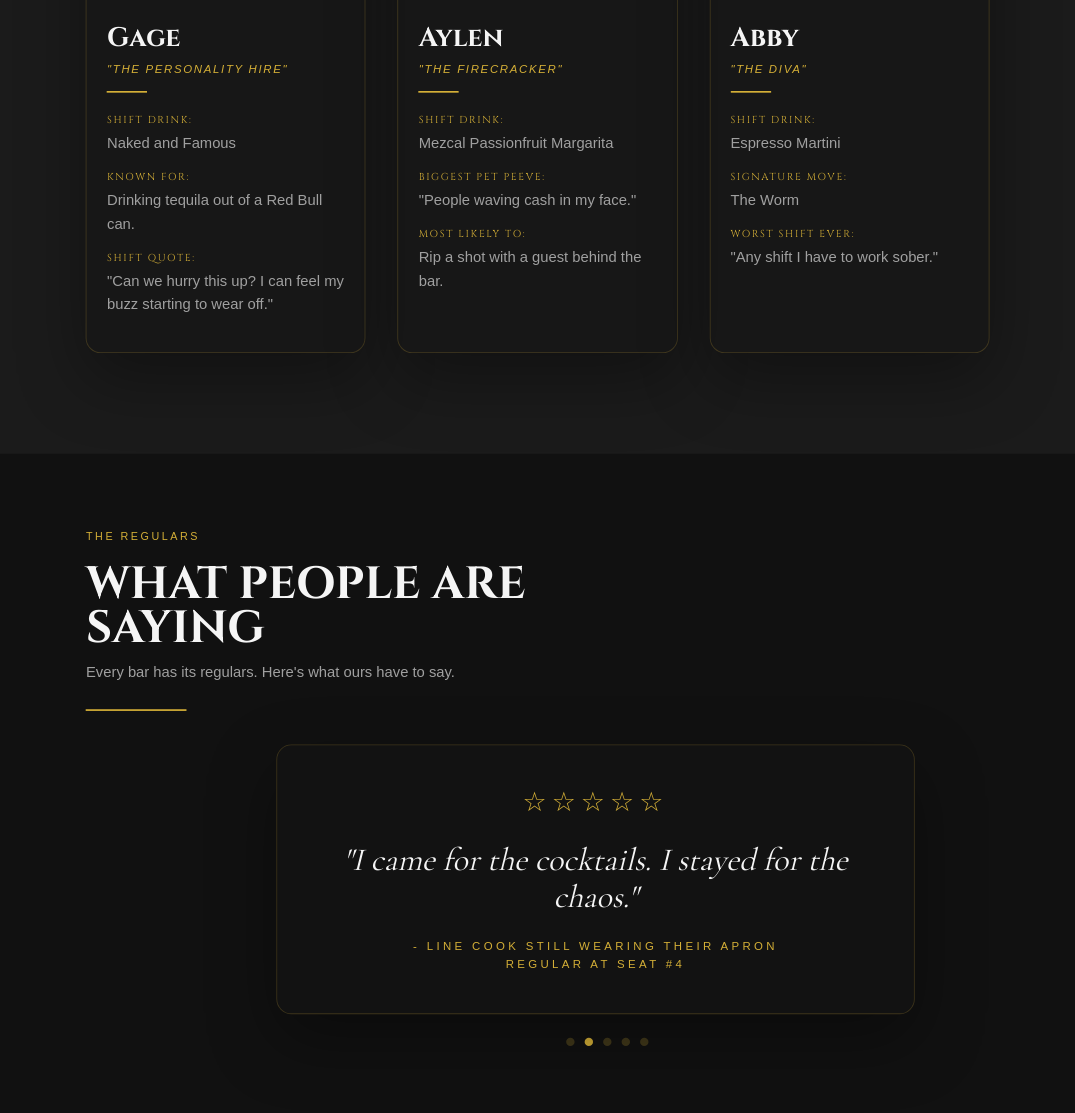
Repository: Gage-Codes/BarRot
Page: css/index.html
These files come from the project's save history. The page is drawn as it stood at one moment and after the next save; the edit follows.
The browser window is 1280 px wide. The pictures show the part of the page from y = 4042 to 5367 px (the page is 6341 px tall before and 6377 px after), at 84% of full size.
Pictures or frames that could not be fetched are drawn as grey boxes.

Above is the page before, as saved 2026-07-05 23:39:13.

### css/index.html
<!DOCTYPE html>
<html lang="en">

<head>
    <meta charset="UTF-8">
    <meta name="viewport" content="width=device-width, initial-scale=1.0">
    <title>Bar Rot: Your Neighborhood Podcast</title>
    <link href="https://fonts.googleapis.com/css2?family=Cormorant+Garamond:wght@400;700&family=Roboto:wght@400;700&display=swap" rel="stylesheet">
    <link href="https://fonts.googleapis.com/css2?family=Cinzel:wght@400;500;600;700&family=Cormorant+Garamond:wght@400;700&family=Roboto:wght@400;700&display=swap" rel="stylesheet">
    <link rel="stylesheet" href="style.css">
</head>

<!-- The Navigation Bar/Logo -->

<body>
<header>
    <nav class="navbar">
        <a href="#" class="logo">BAR ROT</a>
        <ul class="nav-links">
            <li><a href="#about">About</a></li>
            <li><a href="#episodes">Episodes</a></li>
            <li><a href="#recipes">Recipes</a></li>
            <li><a href="#hosts">Hosts</a></li>
            <li><a href="#reviews">Reviews</a></li>
            <li><a href="#contact">Contact</a></li>
        </ul>
    </nav>
</header>

<!-- Title/Hero Section -->

<main>
    <section id="hero">
        <div class="hero-content">

            <p class="eyebrow">A late-night podcast</p>
            <h1>Where bad decisions make good stories.</h1>
            <p class="hero-text">
                Bar Rot is a podcast about the chaos of working in nightlife and the friendships
                we've made along the way. These are the stories we tell after last call.
            </p>
            <div class="hero-buttons">
                <a href="#episodes" class="btn primary-btn">Listen Now</a>
                <a href="#about" class="btn secondary-btn">Learn More</a>
            </div>
        </div>
    </section>

<!-- The About Section -->

    <section id="about">
        <div class="section-label">About the Podcast</div>
        <div class="about-grid">
            <div>
                <h2>Come find a spot at the bar. We have some shit to talk about.</h2>
            </div>
            <div>
                <p>
                    Welcome to Bar Rot! The late-night podcast where we discuss nightlife,
                    bad decisions, friendship, dating, work, the chaos of the industry, and how Terry keeps
                    calling out and still has a job.
                </p>
                <p>
                    Join us for our post-shift therapy session, some trash talk, and a few good laughs.
                    Bar Rot is for anyone who regrets saying “one more shot”...
                    and for those of us who pour them.
                </p>
            </div>
        </div>
    </section>

<!--Episodes (Recent Episode) Section -->

    <section id="episodes">
        <div class="section-label">Latest Episodes</div>
        <div class="episodes-header">
            <h2>Real stories with real friends.</h2>
            <p>Three bartenders. One bottle. No filter.</p>
        </div>
        <article class="episode-card">
            <div class="episode-cover-area">
                <div class="record">
                    <div class="record-label">
                        <span>BAR</span>
                        <span>ROT</span>
                    </div>
                </div>
                <div class="album-cover">
                    <img src="images/episode-one.jpg" alt="The Bar Rot hosts sitting togeather after work unwinding with a few dinks">
                </div>
            </div>
            <div class="episode-info">
                <p class="episode-number">Episode 01</p>
                <h3>Better To Leave It Where We Found It</h3>
                <p class="episode-description">
                    The stories we tell at the end of the night are the ones we probably shouldn't.
                    Welcome to the first round of Bar Rot.
                </p>
                <div class="episode-meta">
                    <span>46 minutes</span>
                    <span>June 2026</span>
                </div>
                <div class="cocktail-box">
                    <p>This Episodes Shift Drink:</p>
                    <h4>Neat or Chilled</h4>
                </div>
                <div class="episode-buttons">
                    <a href="#" class="btn primary-btn">Listen Now</a>
                    <a href="#recipes" class="btn secondary-btn">View Recipe</a>
                </div>
            </div>
        </article>
    </section>

<!--Shift Drinks/Recipes Section -->

    <section id="recipes">
        <div class="section-label">Shifties</div>
            <div class="recipes-layout">
                <div class="recipe-intro">
                    <h2>Every episode begins with a cocktail and ends with a story.</h2>
                    <p>
                        Choose an episode, make the drink, and unwind with us.
                        It's been one hell of a day, and we all deserve a drink.
                    </p>
                    <label for="cocktail-select">What's your poison?</label>
                    <select id="cocktail-select">
                        <option value="episode-one">Episode 01: Neat or Chilled</option>
                        <option value="episode-two">Episode 02: Schedule Not Yet Posted</option>
                        <option value="episode-three">Episode 03: Schedule Not Yet Posted</option>
                    </select>
                </div>
                <div class="recipe-content">
                    <p class="episode-number" id="recipe-episode">Episode 01</p>
                    <h3 id="recipe-title">Neat or Chilled</h3>
                    <div class="recipe-divider">
                    </div>
                    <div class="recipe-block">
                        <h4>Recipe</h4>
                        <ul id="recipe-ingredients">
                            <li>2 oz. Whiskey, Tequila, Vodka, or Rum</li>
                            <li>Ice, optional</li>
                            <li>A long day</li>
                        </ul>
                    </div>
                    <div class="recipe-block">
                        <h4>Method</h4>
                        <ol id="recipe-method">
                            <li>Choose your liquor.</li>
                            <li>Either pour it straight into a glass, or shake it with ice and strain into a fresh glass.</li>
                            <li>Go ahead and slam it.</li>
                            <li>Congrats! You just had your first of many shift drinks.</li>
                        </ol>
                    </div>
                    <div class="recipe-block host-note">
                        <h4>Behind the Bar</h4>
                        <p id="recipe-note">“This drink is a simple one, but it is the one we all reach for at the end of a long night.
                            It is for when everyone says they're only staying for one... and then suddenly it's 3 a.m.”
                        </p>
                    </div>
                </div>
            </div>
    </section>

<!--Meet the Hosts Section-->

    <section id="hosts">
        <div class="section-label">The Crew</div>
        <h2 class="host-title">
            Meet the Crew
        </h2>
        <p class="hosts-subtitle">
            Everyone has a story. These three just decided to record them.
        </p>
        <div class="section-divider">
        </div>
        <div class="host-grid">
            <article class="host-card">
<!--Gage Info-->
                <img src="images/gage.jpg" alt="Gage" class="host-photo">
                <div class="host-info">
                    <h3>Gage</h3>
                    <p class="host-nickname">
                        <i>"The Personality Hire"</i>
                    </p>
                    <div class="host-divider">
                    </div>
                    <div class="host-detail">
                        <span class="detail-label">
                            SHIFT DRINK:
                        </span>
                        <span class="detail-value">
                            Naked and Famous
                        </span>
                    </div>
                    <div class="host-detail">
                        <span class="detail-label">
                            KNOWN FOR:
                        </span>
                        <span class="detail-value">
                            Drinking tequila out of a Red Bull can.
                        </span>
                    </div>
                    <div class="host-detail">
                        <span class="detail-label">
                            SHIFT QUOTE:
                        </span>
                        <span class="detail-value">
                            "Can we hurry this up? I can feel my buzz starting to wear off."
                        </span>
                    </div>
                </div>
            </article>
<!--Aylen Info-->
            <article class="host-card">
                <img src="images/aylen.jpg" alt="Aylen" class="host-photo">
                <div class="host-info">
                    <h3>Aylen</h3>
                    <p class="host-nickname">
                        <i>"The Firecracker"</i>
                    </p>
                    <div class="host-divider">
                    </div>
                    <div class="host-detail">
                        <span class="detail-label">
                            SHIFT DRINK:
                        </span>
                        <span class="detail-value">
                            Mezcal Passionfruit Margarita
                        </span>
                    </div>
                    <div class="host-detail">
                        <span class="detail-label">
                            BIGGEST PET PEEVE:
                        </span>
                        <span class="detail-value">
                            "People waving cash in my face."
                        </span>
                    </div>
                    <div class="host-detail">
                        <span class="detail-label">
                            MOST LIKELY TO:
                        </span>
                        <span class="detail-value">
                            Rip a shot with a guest behind the bar.
                        </span>
                    </div>
                </div>
            </article>
<!--Abby Info-->
            <article class="host-card">
                <img src="images/abby.jpg" alt="Aylen" class="host-photo">
                <div class="host-info">
                    <h3>Abby</h3>
                    <p class="host-nickname">
                        <i>"The Diva"</i>
                    </p>
                    <div class="host-divider">
                    </div>
                    <div class="host-detail">
                        <span class="detail-label">
                            SHIFT DRINK:
                        </span>
                        <span class="detail-value">
                            Espresso Martini
                        </span>
                    </div>
                    <div class="host-detail">
                        <span class="detail-label">
                            SIGNATURE MOVE:
                        </span>
                        <span class="detail-value">
                            The Worm
                        </span>
                    </div>
                    <div class="host-detail">
                        <span class="detail-label">
                            WORST SHIFT EVER:
                        </span>
                        <span class="detail-value">
                            "Any shift I have to work sober."
                        </span>
                    </div>
                </div>
            </article>
        </div>
    </section>

<!--Reviews Section-->

    <section id="reviews">
        <div class="section-label">
            The Regulars
        </div>
        <h2 class="reviews-title">
            What People Are
            <br>Saying
        </h2>
        <p class="reviews-subtitle">
            Every bar has its regulars. Here's what ours have to say.
        </p>
        <div class="section-divider">
        </div>
        <div class="review-slider">
            <div class="review-card">
                <div class="review-stars" id="review-stars">
                    <span>&star;&star;&star;&star;&star;
                    </span>
                </div>
                <blockquote class="review-text" id="review-text">
                    "Listening feels like clocking out after a Friday night double."
                </blockquote>
                <p class="review-author" id="review-author">
                    - Night Shift Nurse
                    <br>Regular at Bar Seat #7
                </p>
            </div>
        </div>
        <div class="review-dots">
            <span class="dot active">
            </span>
            <span class="dot">
            </span>
            <span class="dot">
            </span>
            <span class="dot">
            </span>
            <span class="dot">
            </span>
        </div>
    </section>

<!-- Contact Sections -->

    <section id="contact">
        <div class="section-label">Last Call
        </div>
        <div class="contact-layout">
            <div class="contact-intro">
                <h2>Send us your stories.</h2>
                <p>
                    Got a shift story, cocktail recipe, confession, or something you've been dying to get off your chest?
                    Send it our way. We've got the bar and the audience for it.
                </p>
            </div>
            <form class="contact-form">
                <div class="form-group">
                    <label for="name">Your Name</label>
                    <input type="text" id="name" placeholder="Regular">
                </div>
                <div class="form-group">
                    <label for="email">Your Email</label>
                    <input type="email" id="email" placeholder="regular@example.com">
                </div>
                <div class="form-group">
                    <label for="submission-type">What are you sending?</label>
                    <select id="submission-type">
                        <option>Shift Story</option>
                        <option>Cocktail Recipe</option>
                        <option>Question</option>
                        <option>Comment</option>
                        <option>Confession</option>
                        <option>Other Bad Decision</option>
                    </select>
                </div>
                <div class="form-group">
                    <label for="message">Spill It</label>
                    <textarea id="message" rows="7" placeholder="What's the tea..."></textarea>
                </div>
                <button type="submit" class="btn primary-btn">
                    Send It Our Way
                </button>
            </form>
        </div>
    </section>

</main>

<footer></footer>

<!--Java Script/Nav Bar-->

<script src="script.js"></script>

</body>

</html>

Loaded but not shown: css/script.js (145 lines, source omitted); css/style.css (803 lines, source omitted)

After the next save:
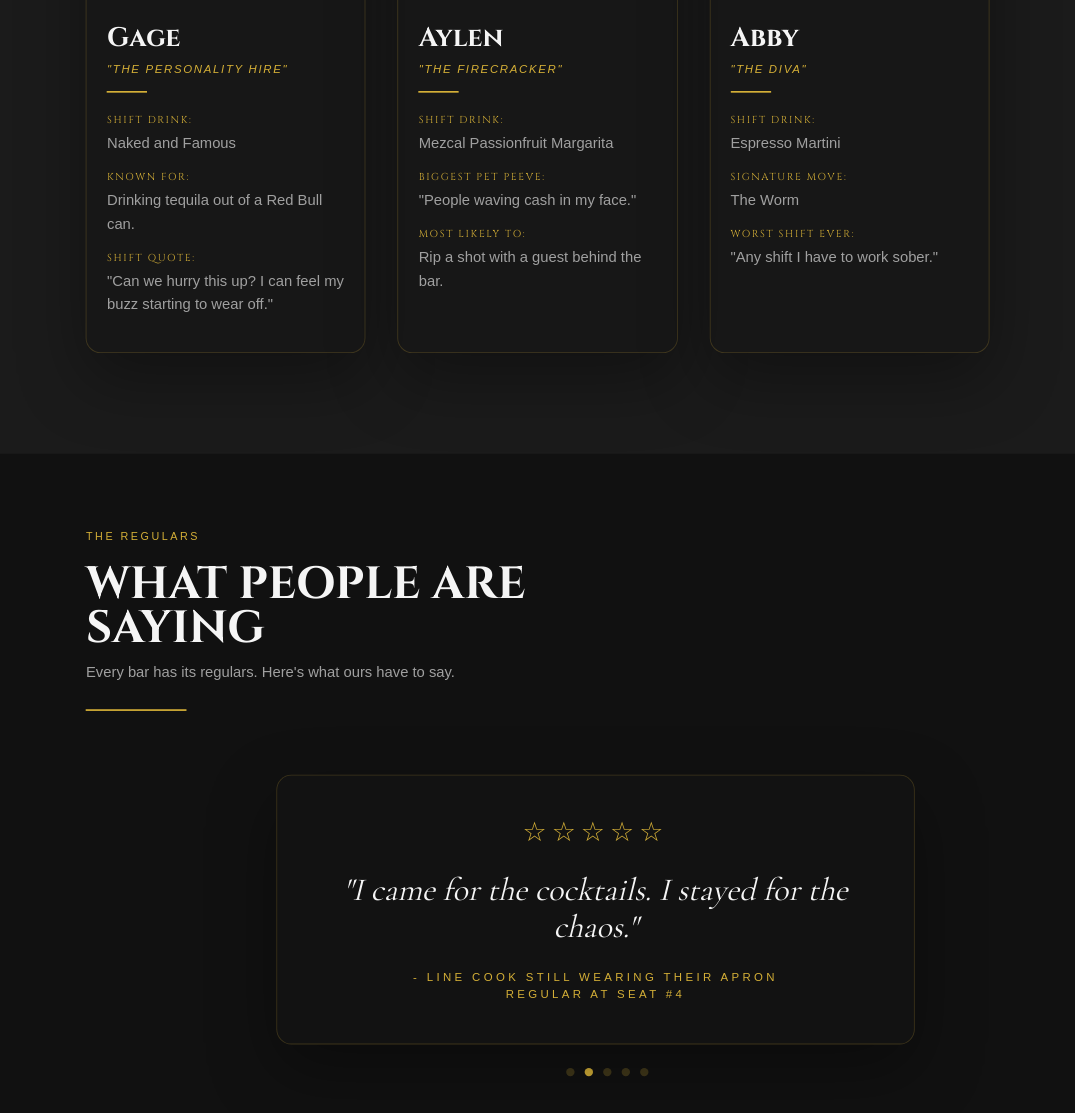
Saved 5 min 51 s later.
--- a/css/index.html
+++ b/css/index.html
@@ -289,44 +289,50 @@
 <!--Reviews Section-->
 
     <section id="reviews">
-        <div class="section-label">
-            The Regulars
-        </div>
-        <h2 class="reviews-title">
-            What People Are
-            <br>Saying
-        </h2>
-        <p class="reviews-subtitle">
-            Every bar has its regulars. Here's what ours have to say.
-        </p>
-        <div class="section-divider">
-        </div>
-        <div class="review-slider">
-            <div class="review-card">
-                <div class="review-stars" id="review-stars">
-                    <span>&star;&star;&star;&star;&star;
-                    </span>
-                </div>
-                <blockquote class="review-text" id="review-text">
-                    "Listening feels like clocking out after a Friday night double."
-                </blockquote>
-                <p class="review-author" id="review-author">
-                    - Night Shift Nurse
-                    <br>Regular at Bar Seat #7
-                </p>
-            </div>
-        </div>
-        <div class="review-dots">
-            <span class="dot active">
-            </span>
-            <span class="dot">
-            </span>
-            <span class="dot">
-            </span>
-            <span class="dot">
-            </span>
-            <span class="dot">
-            </span>
+        <div class="reviews-layout">
+            <div class="reviews-left">
+                <div class="section-label">
+                    The Regulars
+                </div>
+                <h2 class="reviews-title">
+                    What People Are
+                    <br>Saying
+                </h2>
+                <p class="reviews-subtitle">
+                    Every bar has its regulars. Here's what ours have to say.
+                </p>
+                <div class="section-divider">
+                </div>
+            </div>
+            <div class="reviews-right">
+                <div class="review-slider">
+                    <div class="review-card">
+                        <div class="review-stars" id="review-stars">
+                            <span>&star;&star;&star;&star;&star;
+                            </span>
+                        </div>
+                        <blockquote class="review-text" id="review-text">
+                            "Listening feels like clocking out after a Friday night double."
+                        </blockquote>
+                        <p class="review-author" id="review-author">
+                            - Night Shift Nurse
+                            <br>Regular at Bar Seat #7
+                        </p>
+                    </div>
+                </div>
+                <div class="review-dots">
+                    <span class="dot active">
+                    </span>
+                    <span class="dot">
+                    </span>
+                    <span class="dot">
+                    </span>
+                    <span class="dot">
+                    </span>
+                    <span class="dot">
+                    </span>
+                </div>
+            </div>
         </div>
     </section>
 
